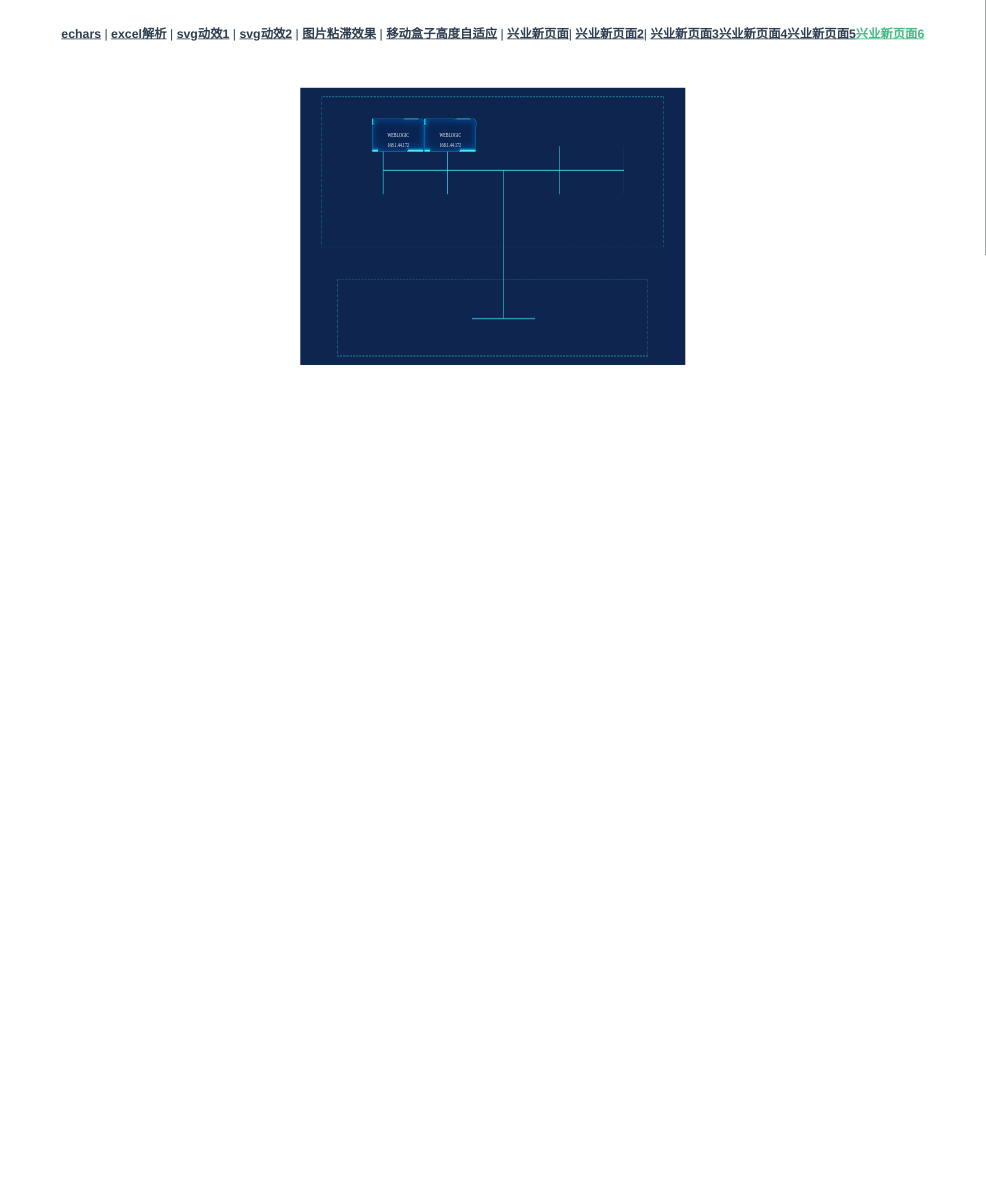
Repository: dmj199811/animation-dmj
Page: /#/work-page8
An editor plug-in stored every save of this project. The page is shown before and after a run of saves, followed by the edit.
The browser window is 1280 px wide. The pictures show the whole page, at 77% of full size.
The project was rebuilt for these pictures with package versions that can differ from the ones it lists, and the page was loaded fresh each time.

Above is the page before, as saved 2020-07-03 15:46:33.

After the next 2 saves:
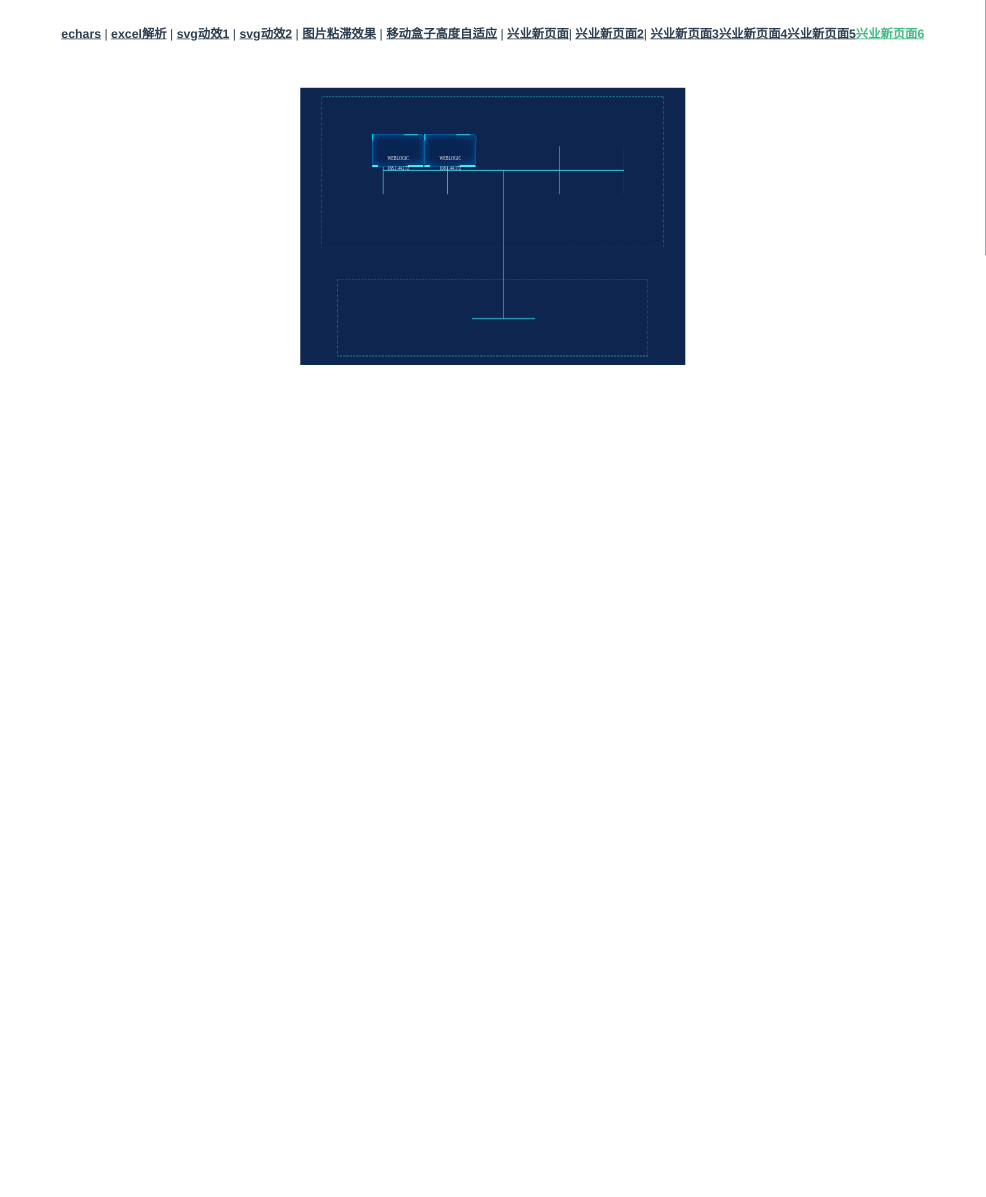
The 2 saves are shown as one change because they came seconds apart.
The last was saved 10 s later.
--- a/src/views/newPage6/index.vue
+++ b/src/views/newPage6/index.vue
@@ -121,8 +121,8 @@ export default {
   color:rgba(255,255,255,1);
   line-height:25px;
   display: block;
-  margin-top: 50px;
-  padding-top: 30px;
+  margin-top: 90px;
+  padding-top: 50px;
   // display: flex;
   // justify-content: center;
   // align-items: center;
